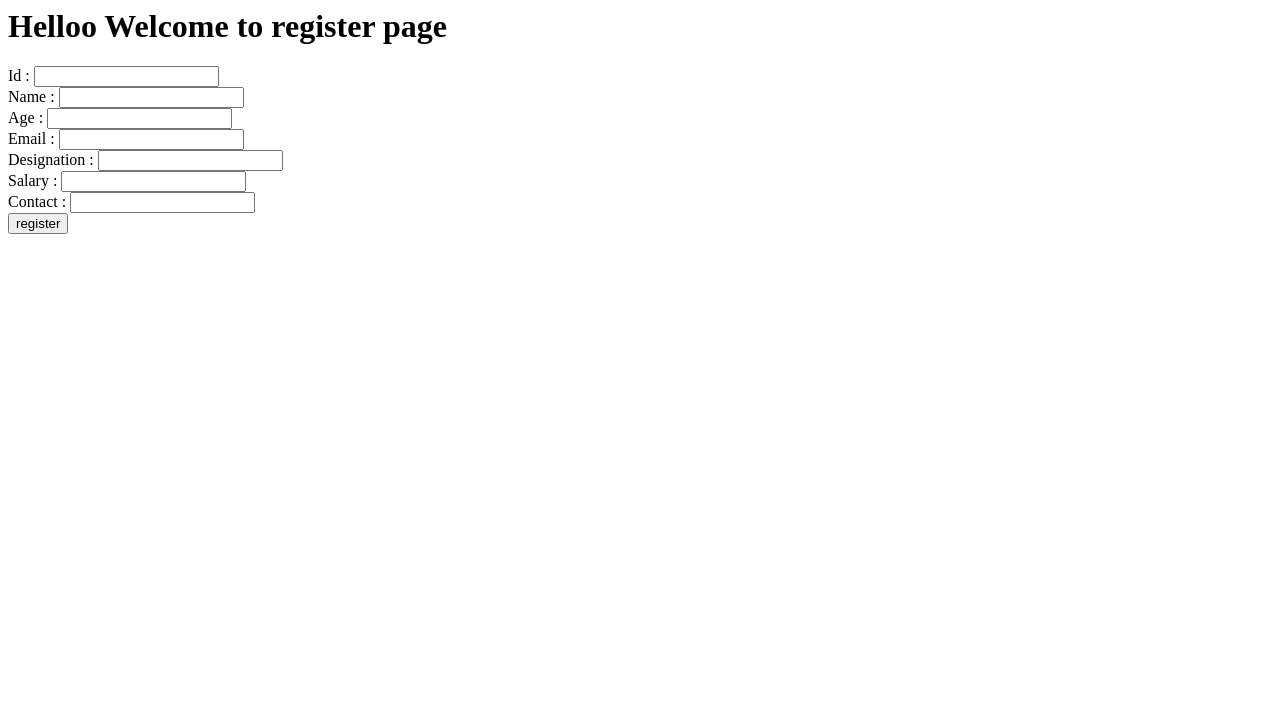
Repository: Jaydip-03/spring-datajpa
Page: http://localhost/EmployeeCrud/WEB-INF/views/register.jsp
An editor plug-in stored every save of this project. The page is shown before and after the next save, followed by the edit.
The browser window is 1280 px wide. The pictures show the whole page.
The page is served by Tomcat 10. Nobody is signed in. The template is opened directly, without the code that normally fills it, so the values that code supplies are empty.

Above is the page before, as saved 2026-09-09 18:16:20.

After the next save:
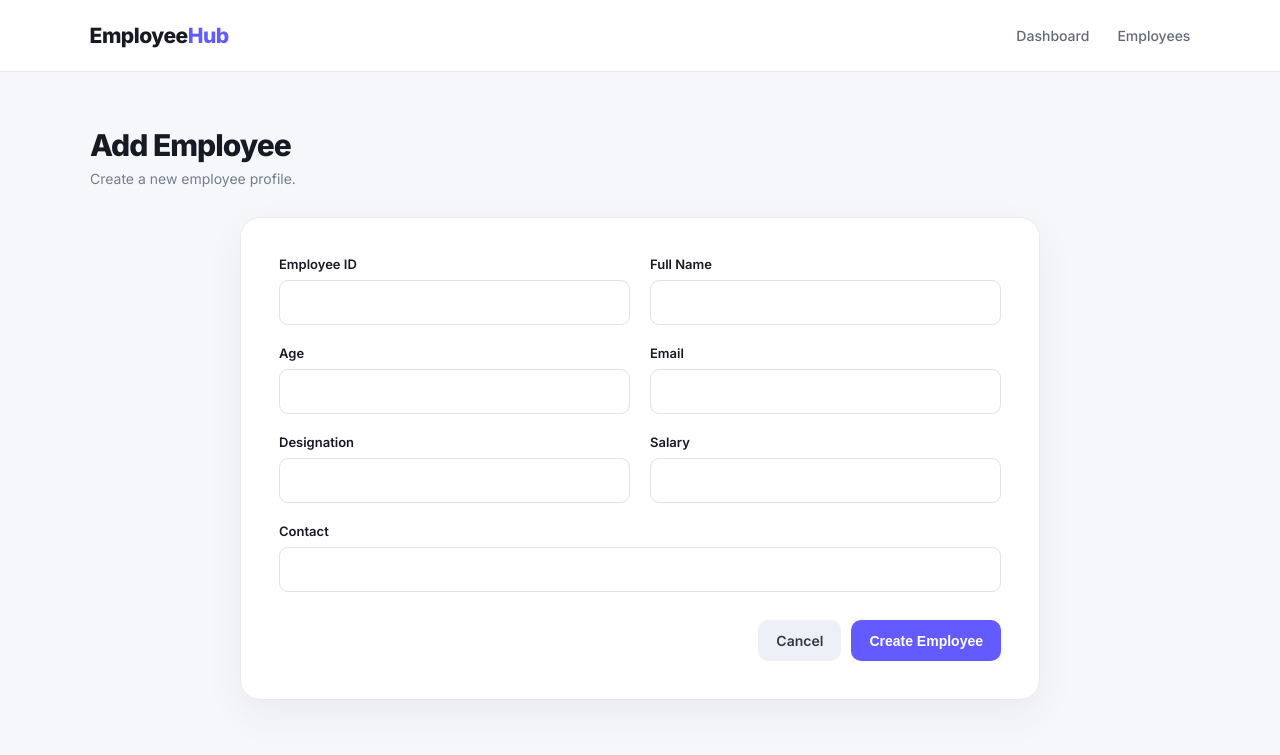
Saved 54 s later.
--- a/EmployeeCrud/src/main/webapp/WEB-INF/views/register.jsp
+++ b/EmployeeCrud/src/main/webapp/WEB-INF/views/register.jsp
@@ -1,4 +1,4 @@
-
+<!--
 <h1>Helloo Welcome to register page</h1>
 
 <form action="save" method="post">
@@ -12,4 +12,116 @@
 
 	<input type="submit" value="register" >
 
-</form>
+</form>-->
+
+
+
+
+<%@ page contentType="text/html;charset=UTF-8" %>
+
+<!DOCTYPE html>
+<html>
+
+<head>
+
+    <title>Add Employee</title>
+
+    <link rel="stylesheet" href="/css/style.css">
+
+</head>
+
+<body>
+
+<nav class="navbar">
+
+    <div class="logo">
+        Employee<span>Hub</span>
+    </div>
+
+    <div class="nav-links">
+        <a href="/home">Dashboard</a>
+        <a href="/displayEmp">Employees</a>
+    </div>
+
+</nav>
+
+
+<main class="container page">
+
+    <div class="page-header">
+
+        <div>
+            <h1 class="page-title">Add Employee</h1>
+
+            <p class="page-subtitle">
+                Create a new employee profile.
+            </p>
+        </div>
+
+    </div>
+
+
+    <div class="form-card">
+
+        <form action="/save" method="post">
+
+            <div class="form-grid">
+
+                <div class="form-group">
+                    <label>Employee ID</label>
+                    <input type="number" name="id" required>
+                </div>
+
+                <div class="form-group">
+                    <label>Full Name</label>
+                    <input type="text" name="name" required>
+                </div>
+
+                <div class="form-group">
+                    <label>Age</label>
+                    <input type="number" name="age" required>
+                </div>
+
+                <div class="form-group">
+                    <label>Email</label>
+                    <input type="email" name="email" required>
+                </div>
+
+                <div class="form-group">
+                    <label>Designation</label>
+                    <input type="text" name="designation" required>
+                </div>
+
+                <div class="form-group">
+                    <label>Salary</label>
+                    <input type="number" name="salary" required>
+                </div>
+
+                <div class="form-group full">
+                    <label>Contact</label>
+                    <input type="text" name="contact" required>
+                </div>
+
+            </div>
+
+
+            <div class="form-actions">
+
+                <a href="/home" class="btn btn-secondary">
+                    Cancel
+                </a>
+
+                <button type="submit" class="btn btn-primary">
+                    Create Employee
+                </button>
+
+            </div>
+
+        </form>
+
+    </div>
+
+</main>
+
+</body>
+</html>
